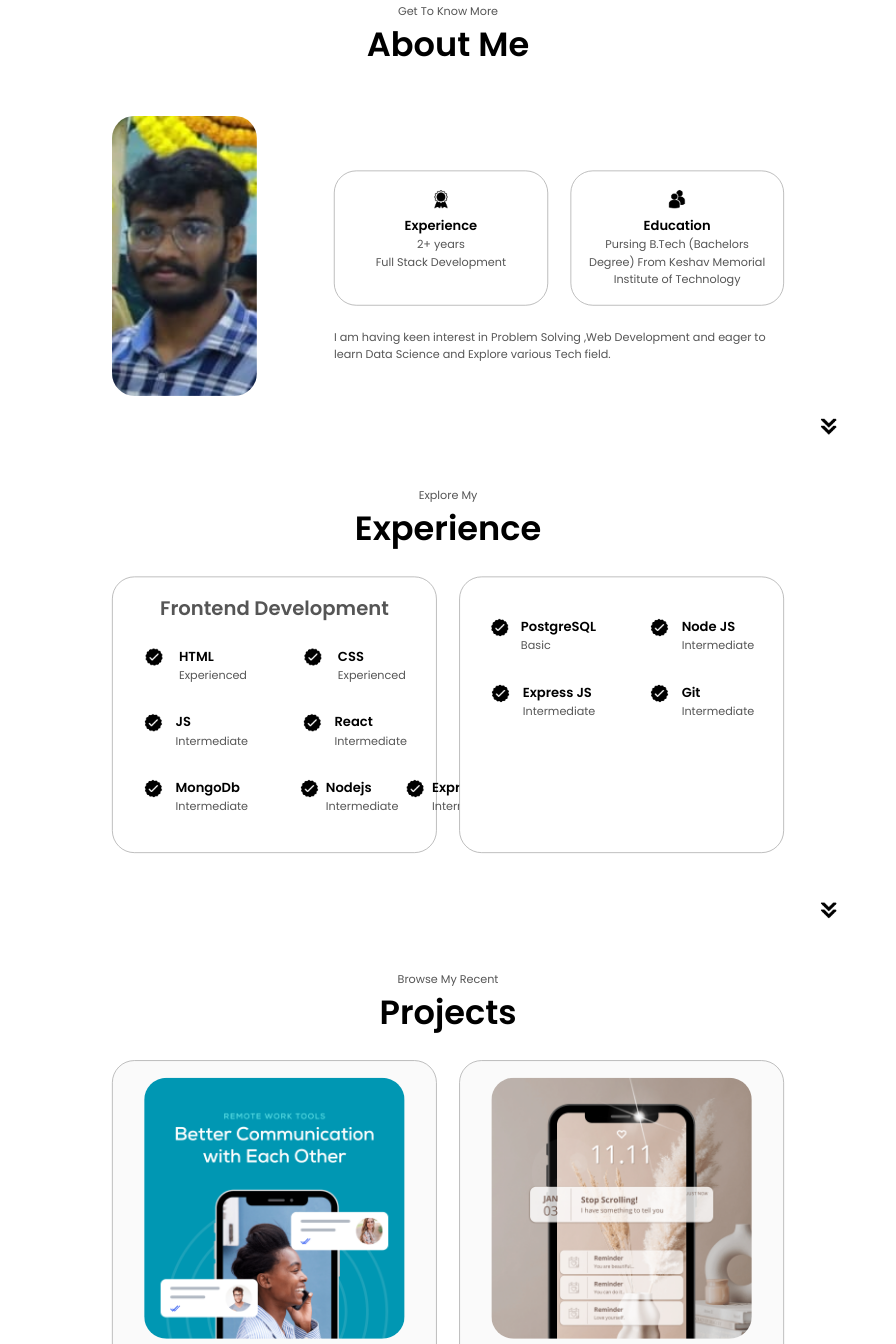
Repository: ARUN-YERRAM/ARUN-YERRAM-PORTFOLIO
Page: portfolio/index.html
An editor plug-in stored every save of this project. The page is shown before and after the next save, followed by the edit.
The browser window is 1280 px wide. The pictures show the part of the page from y = 842 to 2762 px (the page is 4425 px tall), at 70% of full size.

Above is the page before, as saved 2024-07-07 04:04:05.

### portfolio/index.html
<!DOCTYPE html>
<html lang="en">
  <head>
    <meta charset="UTF-8" />
    <meta http-equiv="X-UA-Compatible" content="IE=edge" />
    <meta name="viewport" content="width=device-width, initial-scale=1.0" />
    <title>My Portfolio</title>
    <link rel="stylesheet" href="style.css" />
    <link rel="stylesheet" href="mediaqueries.css" />
  </head>
  <body>
    <nav id="desktop-nav">
      <div class="logo">ARUN YERRAM</div>
      <div>
        <ul class="nav-links">
          <li><a href="#about">About</a></li>
          <li><a href="#experience">Experience</a></li>
          <li><a href="#projects">Projects</a></li>
          <li><a href="#contact">Contact</a></li>
        </ul>
      </div>
    </nav>
    <nav id="hamburger-nav">
      <div class="logo">ARUN YERRAM</div>
      <div class="hamburger-menu">
        <div class="hamburger-icon" onclick="toggleMenu()">
          <span></span>
          <span></span>
          <span></span>
        </div>
        <div class="menu-links">
          <li><a href="#about" onclick="toggleMenu()">About</a></li>
          <li><a href="#experience" onclick="toggleMenu()">Experience</a></li>
          <li><a href="#projects" onclick="toggleMenu()">Projects</a></li>
          <li><a href="#contact" onclick="toggleMenu()">Contact</a></li>
        </div>
      </div>
    </nav>
    <section id="profile">
      <div class="section__pic-container">
        <img src="./assets/profile-pic.png" alt="John Doe profile picture" />
      </div>
      <div class="section__text">
        <p class="section__text__p1">Hello, I'm</p>
        <h1 class="title">ARUN YERRAM</h1>
        <p class="section__text__p2">Frontend Developer</p>
        <div class="btn-container">
          <button
            class="btn btn-color-2"
            onclick="window.open('./assets/resume-example.pdf')"
          >
            Download CV
          </button>
          <button class="btn btn-color-1" onclick="location.href='./#contact'">
            Contact Info
          </button>
        </div>
        <div id="socials-container">
          <img
            src="./assets/linkedin.png"
            alt="My LinkedIn profile"
            class="icon"
            onclick="window.open('https://www.linkedin.com/in/arun-yerram/','_blank')"
          />
          <img
            src="./assets/github.png"
            alt="My Github profile"
            class="icon"
            onclick="location.href='https://github.com/ARUN-YERRAM?tab=repositories'"
          />
        </div>
      </div>
    </section>
    <section id="about">
      <p class="section__text__p1">Get To Know More</p>
      <h1 class="title">About Me</h1>
      <div class="section-container">
        <div class="section__pic-container">
          <img
            src="./assets/Photo1.jpg"
            alt="Profile picture"
            class="about-pic"
          />
        </div>
        <div class="about-details-container">
          <div class="about-containers">
            <div class="details-container">
              <img
                src="./assets/experience.png"
                alt="Experience icon"
                class="icon"
              />
              <h3>Experience</h3>
              <p>2+ years <br />Full Stack Development</p>
            </div>
            <div class="details-container">
              <img
                src="./assets/education.png"
                alt="Education icon"
                class="icon"
              />
              <h3>Education</h3>
              <p>Pursing B.Tech (Bachelors Degree) From Keshav Memorial Institute of Technology <br /></p>
            </div>
          </div>
          <div class="text-container">
            <p>
              I am having keen interest in Problem Solving ,Web Development and eager to learn Data Science and Explore various Tech field.
            </p>
          </div>
        </div>
      </div>
      <img
        src="./assets/arrow.png"
        alt="Arrow icon"
        class="icon arrow"
        onclick="location.href='./#experience'"
      />
    </section>
    <section id="experience">
      <p class="section__text__p1">Explore My</p>
      <h1 class="title">Experience</h1>
      <div class="experience-details-container">
        <div class="about-containers">
          <div class="details-container">
            <h2 class="experience-sub-title">Frontend Development</h2>
            <div class="article-container">
              <article>
                <img
                  src="./assets/checkmark.png"
                  alt="Experience icon"
                  class="icon"
                />
                <div>
                  <h3>HTML</h3>
                  <p>Experienced</p>
                </div>
              </article>
              <article>
                <img
                  src="./assets/checkmark.png"
                  alt="Experience icon"
                  class="icon"
                />
                <div>
                  <h3>CSS</h3>
                  <p>Experienced</p>
                </div>
              </article>
              <article>
                <img
                  src="./assets/checkmark.png"
                  alt="Experience icon"
                  class="icon"
                />
                <div>
                  <h3>JS</h3>
                  <p>Intermediate</p>
                </div>
              </article>
              <article>
                <img
                  src="./assets/checkmark.png"
                  alt="Experience icon"
                  class="icon"
                />
                <div>
                  <h3>React</h3>
                  <p>Intermediate</p>
                </div>
              </article>
              <article>
                <img
                  src="./assets/checkmark.png"
                  alt="Experience icon"
                  class="icon"
                />
                <div>
                  <h3>MongoDb</h3>
                  <p>Intermediate</p>
                </div>
              </article>
              <article>
                <article>
                  <img
                    src="./assets/checkmark.png"
                    alt="Experience icon"
                    class="icon"
                  />
                  <div>
                    <h3>Nodejs</h3>
                    <p>Intermediate</p>
                  </div>
                </article>

                <article>
                  <img
                    src="./assets/checkmark.png"
                    alt="Experience icon"
                    class="icon"
                  />
                  <div>
                    <h3>Expressjs</h3>
                    <p>Intermediate</p>
                  </div>
                </article>
                <article>
                <article>
                <img
                  src="./assets/checkmark.png"
                  alt="Experience icon"
                  class="icon"
                />
                <div>
                  <h3>Git && Github</h3>
                  <p>Intermediate</p>
                </div>
              </article>
            </div>
          </div>
          <div class="details-container">
            <h2 class="experience-sub-title"></h2>
            <div class="article-container">
              <article>
                <img
                  src="./assets/checkmark.png"
                  alt="Experience icon"
                  class="icon"
                />
                <div>
                  <h3>PostgreSQL</h3>
                  <p>Basic</p>
                </div>
              </article>
              <article>
                <img
                  src="./assets/checkmark.png"
                  alt="Experience icon"
                  class="icon"
                />
                <div>
                  <h3>Node JS</h3>
                  <p>Intermediate</p>
                </div>
              </article>
              <article>
                <img
                  src="./assets/checkmark.png"
                  alt="Experience icon"
                  class="icon"
                />
                <div>
                  <h3>Express JS</h3>
                  <p>Intermediate</p>
                </div>
              </article>
              <article>
                <img
                  src="./assets/checkmark.png"
                  alt="Experience icon"
                  class="icon"
                />
                <div>
                  <h3>Git</h3>
                  <p>Intermediate</p>
                </div>
              </article>
            </div>
          </div>
        </div>
      </div>
      <img
        src="./assets/arrow.png"
        alt="Arrow icon"
        class="icon arrow"
        onclick="location.href='./#projects'"
      />
    </section>
    <section id="projects">
      <p class="section__text__p1">Browse My Recent</p>
      <h1 class="title">Projects</h1>
      <div class="experience-details-container">
        <div class="about-containers">
          <div class="details-container color-container">
            <div class="article-container">
              <img
                src="./assets/project-1.png"
                alt="Project 1"
                class="project-img"
              />
            </div>
            <h2 class="experience-sub-title project-title">Project One</h2>
            <div class="btn-container">
              <button
                class="btn btn-color-2 project-btn"
                onclick="location.href='https://github.com/'"
              >
                Github
              </button>
              <button
                class="btn btn-color-2 project-btn"
                onclick="location.href='https://github.com/'"
              >
                Live Demo
              </button>
            </div>
          </div>
          <div class="details-container color-container">
            <div class="article-container">
              <img
                src="./assets/project-2.png"
                alt="Project 2"
                class="project-img"
              />
            </div>
            <h2 class="experience-sub-title project-title">Project Two</h2>
            <div class="btn-container">
              <button
                class="btn btn-color-2 project-btn"
                onclick="location.href='https://github.com/'"
              >
                Github
              </button>
              <button
                class="btn btn-color-2 project-btn"
                onclick="location.href='https://github.com/'"
              >
                Live Demo
              </button>
            </div>
          </div>
          <div class="details-container color-container">
            <div class="article-container">
              <img
                src="./assets/project-3.png"
                alt="Project 3"
                class="project-img"
              />
            </div>
            <h2 class="experience-sub-title project-title">Project Three</h2>
            <div class="btn-container">
              <button
                class="btn btn-color-2 project-btn"
                onclick="location.href='https://github.com/'"
              >
                Github
              </button>
              <button
                class="btn btn-color-2 project-btn"
                onclick="location.href='https://github.com/'"
              >
                Live Demo
              </button>
            </div>
          </div>
        </div>
      </div>
      <img
        src="./assets/arrow.png"
        alt="Arrow icon"
        class="icon arrow"
        onclick="location.href='./#contact'"
      />
    </section>
    <section id="contact">
      <p class="section__text__p1">Get in Touch</p>
      <h1 class="title">Contact Me</h1>
      <div class="contact-info-upper-container">
        <div class="contact-info-container">
          <img
            src="./assets/email.png"
            alt="Email icon"
            class="icon contact-icon email-icon"
          />
          <p><a href="mailto:examplemail@gmail.com">Example@gmail.com</a></p>
        </div>
        <div class="contact-info-container">
          <img
            src="./assets/linkedin.png"
            alt="LinkedIn icon"
            class="icon contact-icon"
          />
          <p><a href="https://www.linkedin.com">LinkedIn</a></p>
        </div>
      </div>
    </section>
    <footer>
      <nav>
        <div class="nav-links-container">
          <ul class="nav-links">
            <li><a href="#about">About</a></li>
            <li><a href="#experience">Experience</a></li>
            <li><a href="#projects">Projects</a></li>
            <li><a href="#contact">Contact</a></li>
          </ul>
        </div>
      </nav>
      <p>Copyright &#169; 2023 John Doe. All Rights Reserved.</p>
    </footer>
    <script src="script.js"></script>
  </body>
</html>

### portfolio/style.css
/* GENERAL */

@import url("https://fonts.googleapis.com/css2?family=Poppins:wght@300;400;500;600&display=swap");

* {
  margin: 0;
  padding: 0;
}

body {
  font-family: "Poppins", sans-serif;
}

html {
  scroll-behavior: smooth;
}

p {
  color: rgb(85, 85, 85);
}

/* TRANSITION */

a,
.btn {
  transition: all 300ms ease;
}

/* DESKTOP NAV */

nav,
.nav-links {
  display: flex;
}

nav {
  justify-content: space-around;
  align-items: center;
  height: 17vh;
}

.nav-links {
  gap: 2rem;
  list-style: none;
  font-size: 1.5rem;
}

a {
  color: black;
  text-decoration: none;
  text-decoration-color: white;
}

a:hover {
  color: grey;
  text-decoration: underline;
  text-underline-offset: 1rem;
  text-decoration-color: rgb(181, 181, 181);
}

.logo {
  font-size: 2rem;
}

.logo:hover {
  cursor: default;
}

/* HAMBURGER MENU */

#hamburger-nav {
  display: none;
}

.hamburger-menu {
  position: relative;
  display: inline-block;
}

.hamburger-icon {
  display: flex;
  flex-direction: column;
  justify-content: space-between;
  height: 24px;
  width: 30px;
  cursor: pointer;
}

.hamburger-icon span {
  width: 100%;
  height: 2px;
  background-color: black;
  transition: all 0.3 ease-in-out;
}

.menu-links {
  position: absolute;
  top: 100%;
  right: 0;
  background-color: white;
  width: fit-content;
  max-height: 0;
  overflow: hidden;
  transition: all 0.3 ease-in-out;
}

.menu-links a {
  display: block;
  padding: 10px;
  text-align: center;
  font-size: 1.5rem;
  color: black;
  text-decoration: none;
  transition: all 0.3 ease-in-out;
}

.menu-links li {
  list-style: none;
}

.menu-links.open {
  max-height: 300px;
}

.hamburger-icon.open span:first-child {
  transform: rotate(45deg) translate(10px, 5px);
}

.hamburger-icon.open span:nth-child(2) {
  opacity: 0;
}

.hamburger-icon.open span:last-child {
  transform: rotate(-45deg) translate(10px, -5px);
}

.hamburger-icon span:first-child {
  transform: none;
}

.hamburger-icon span:first-child {
  opacity: 1;
}

.hamburger-icon span:first-child {
  transform: none;
}

/* SECTIONS */

section {
  padding-top: 4vh;
  height: 96vh;
  margin: 0 10rem;
  box-sizing: border-box;
  min-height: fit-content;
}

.section-container {
  display: flex;
}

/* PROFILE SECTION */

#profile {
  display: flex;
  justify-content: center;
  gap: 5rem;
  height: 80vh;
}

.section__pic-container {
  display: flex;
  height: 400px;
  width: 400px;
  margin: auto 0;
}

.section__text {
  align-self: center;
  text-align: center;
}

.section__text p {
  font-weight: 600;
}

.section__text__p1 {
  text-align: center;
}

.section__text__p2 {
  font-size: 1.75rem;
  margin-bottom: 1rem;
}

.title {
  font-size: 3rem;
  text-align: center;
}

#socials-container {
  display: flex;
  justify-content: center;
  margin-top: 1rem;
  gap: 1rem;
}

/* ICONS */

.icon {
  cursor: pointer;
  height: 2rem;
}

/* BUTTONS */

.btn-container {
  display: flex;
  justify-content: center;
  gap: 1rem;
}

.btn {
  font-weight: 600;
  transition: all 300ms ease;
  padding: 1rem;
  width: 8rem;
  border-radius: 2rem;
}

.btn-color-1,
.btn-color-2 {
  border: rgb(53, 53, 53) 0.1rem solid;
}

.btn-color-1:hover,
.btn-color-2:hover {
  cursor: pointer;
}

.btn-color-1,
.btn-color-2:hover {
  background: rgb(53, 53, 53);
  color: white;
}

.btn-color-1:hover {
  background: rgb(0, 0, 0);
}

.btn-color-2 {
  background: none;
}

.btn-color-2:hover {
  border: rgb(255, 255, 255) 0.1rem solid;
}

.btn-container {
  gap: 1rem;
}

/* ABOUT SECTION */

#about {
  position: relative;
}

.about-containers {
  gap: 2rem;
  margin-bottom: 2rem;
  margin-top: 2rem;
}

.about-details-container {
  justify-content: center;
  flex-direction: column;
}

.about-containers,
.about-details-container {
  display: flex;
}

.about-pic {
  border-radius: 2rem;
}

.arrow {
  position: absolute;
  right: -5rem;
  bottom: 2.5rem;
}

.details-container {
  padding: 1.5rem;
  flex: 1;
  background: white;
  border-radius: 2rem;
  border: rgb(53, 53, 53) 0.1rem solid;
  border-color: rgb(163, 163, 163);
  text-align: center;
}

.section-container {
  gap: 4rem;
  height: 80%;
}

.section__pic-container {
  height: 400px;
  width: 400px;
  margin: auto 0;
}

/* EXPERIENCE SECTION */

#experience {
  position: relative;
}

.experience-sub-title {
  color: rgb(85, 85, 85);
  font-weight: 600;
  font-size: 1.75rem;
  margin-bottom: 2rem;
}

.experience-details-container {
  display: flex;
  justify-content: center;
  flex-direction: column;
}

.article-container {
  display: flex;
  text-align: initial;
  flex-wrap: wrap;
  flex-direction: row;
  gap: 2.5rem;
  justify-content: space-around;
}

article {
  display: flex;
  width: 10rem;
  justify-content: space-around;
  gap: 0.5rem;
}

article .icon {
  cursor: default;
}

/* PROJECTS SECTION */

#projects {
  position: relative;
}

.color-container {
  border-color: rgb(163, 163, 163);
  background: rgb(250, 250, 250);
}

.project-img {
  border-radius: 2rem;
  width: 90%;
  height: 90%;
}

.project-title {
  margin: 1rem;
  color: black;
}

.project-btn {
  color: black;
  border-color: rgb(163, 163, 163);
}

/* CONTACT */

#contact {
  display: flex;
  justify-content: center;
  flex-direction: column;
  height: 70vh;
}

.contact-info-upper-container {
  display: flex;
  justify-content: center;
  border-radius: 2rem;
  border: rgb(53, 53, 53) 0.1rem solid;
  border-color: rgb(163, 163, 163);
  background: (250, 250, 250);
  margin: 2rem auto;
  padding: 0.5rem;
}

.contact-info-container {
  display: flex;
  align-items: center;
  justify-content: center;
  gap: 0.5rem;
  margin: 1rem;
}

.contact-info-container p {
  font-size: larger;
}

.contact-icon {
  cursor: default;
}

.email-icon {
  height: 2.5rem;
}

/* FOOTER SECTION */

footer {
  height: 26vh;
  margin: 0 1rem;
}

footer p {
  text-align: center;
}

### portfolio/mediaqueries.css
@media screen and (max-width: 1400px) {
  #profile {
    height: 83vh;
    margin-bottom: 6rem;
  }
  .about-containers {
    flex-wrap: wrap;
  }
  #contact,
  #projects {
    height: fit-content;
  }
}

@media screen and (max-width: 1200px) {
  #desktop-nav {
    display: none;
  }
  #hamburger-nav {
    display: flex;
  }
  #experience,
  .experience-details-container {
    margin-top: 2rem;
  }
  #profile,
  .section-container {
    display: block;
  }
  .arrow {
    display: none;
  }
  section,
  .section-container {
    height: fit-content;
  }
  section {
    margin: 0 5%;
  }
  .section__pic-container {
    width: 275px;
    height: 275px;
    margin: 0 auto 2rem;
  }
  .about-containers {
    margin-top: 0;
  }
}

@media screen and (max-width: 600px) {
  #contact,
  footer {
    height: 40vh;
  }
  #profile {
    height: 83vh;
    margin-bottom: 0;
  }
  article {
    font-size: 1rem;
  }
  footer nav {
    height: fit-content;
    margin-bottom: 2rem;
  }
  .about-containers,
  .contact-info-upper-container,
  .btn-container {
    flex-wrap: wrap;
  }
  .contact-info-container {
    margin: 0;
  }
  .contact-info-container p,
  .nav-links li a {
    font-size: 1rem;
  }
  .experience-sub-title {
    font-size: 1.25rem;
  }
  .logo {
    font-size: 1.5rem;
  }
  .nav-links {
    flex-direction: column;
    gap: 0.5rem;
    text-align: center;
  }
  .section__pic-container {
    width: auto;
    height: 46vw;
    justify-content: center;
  }
  .section__text__p2 {
    font-size: 1.25rem;
  }
  .title {
    font-size: 2rem;
  }
  .text-container {
    text-align: justify;
  }
}

Loaded but not shown: portfolio/script.js (common file)

After the next save:
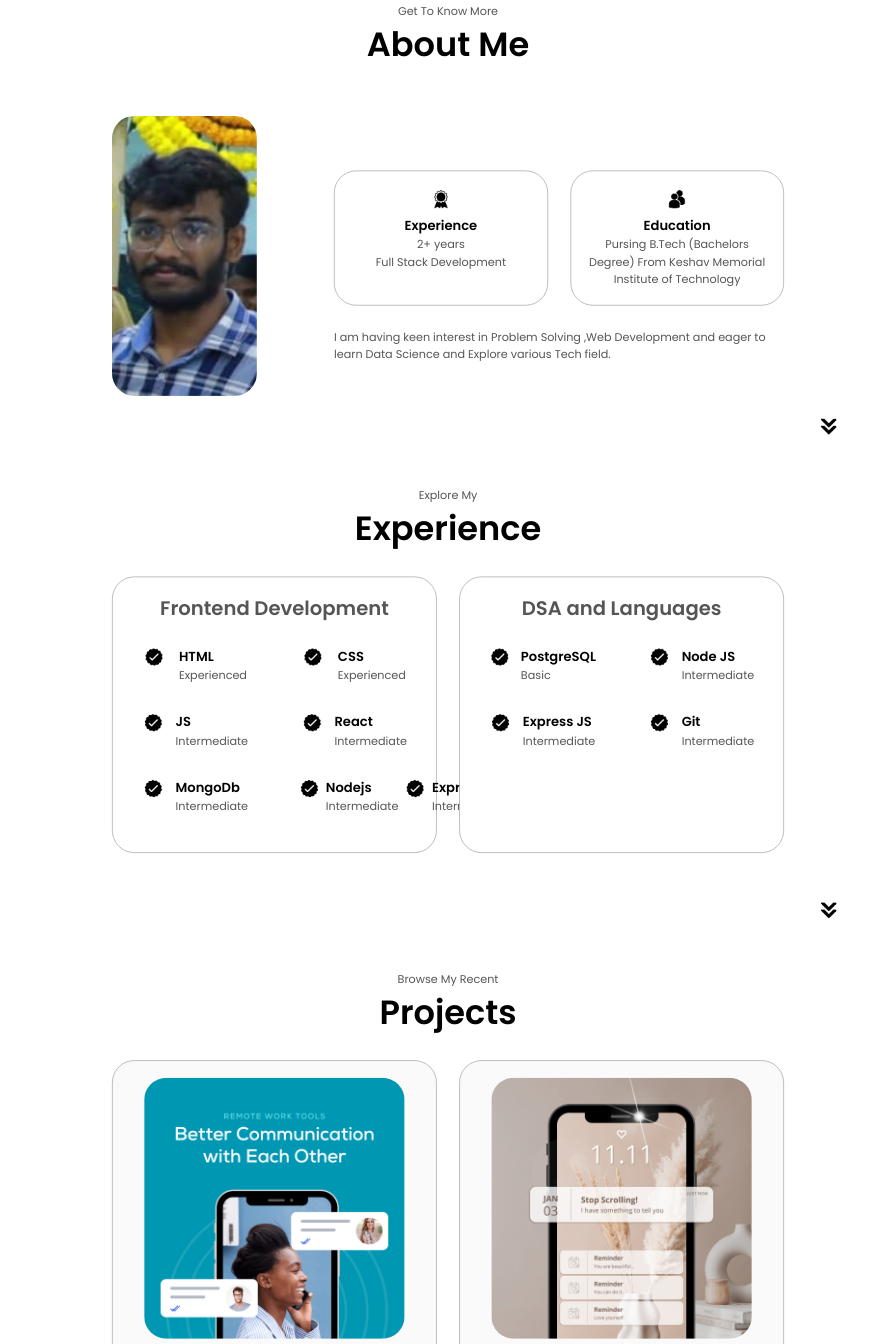
Saved 6 s later.
--- a/portfolio/index.html
+++ b/portfolio/index.html
@@ -219,7 +219,7 @@
             </div>
           </div>
           <div class="details-container">
-            <h2 class="experience-sub-title"></h2>
+            <h2 class="experience-sub-title">DSA and Languages</h2>
             <div class="article-container">
               <article>
                 <img
